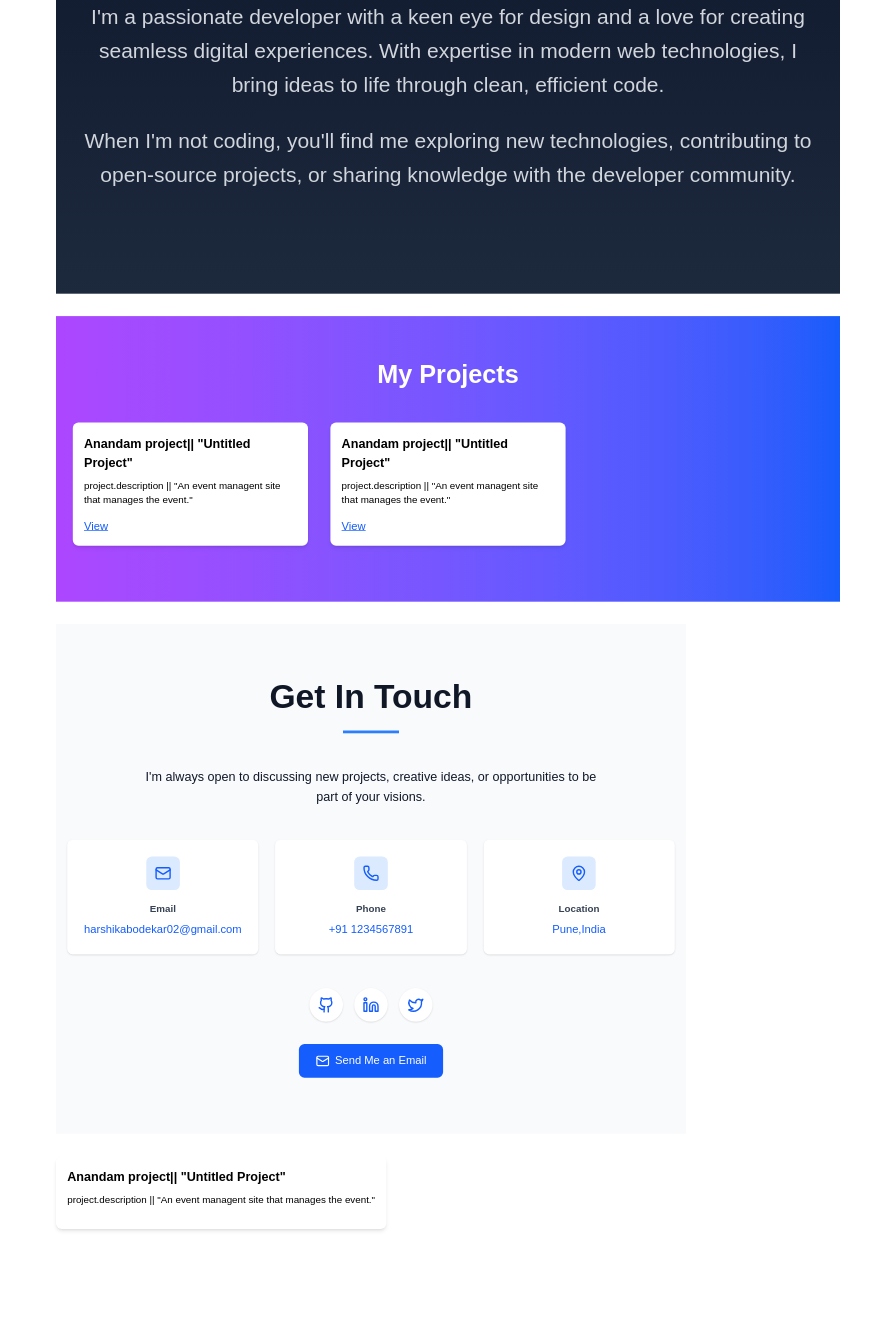
Repository: harshikabodekar/portfolio_awp
Page: /src/components
An editor plug-in stored every save of this project. The page is shown before and after a run of saves, followed by the edit.
The browser window is 1280 px wide. The pictures show the part of the page from y = 1281 to 3201 px (the page is 3201 px tall before and 3077 px after), at 70% of full size.
The project was rebuilt for these pictures with package versions that can differ from the ones it lists, and the page was loaded fresh each time. The framework's server and built-in components were replaced by stand-ins that run in the browser. Also part of the build but not shown: next.config.mjs.

Above is the page before, as saved 2025-10-15 20:28:08.

After the next 3 saves:
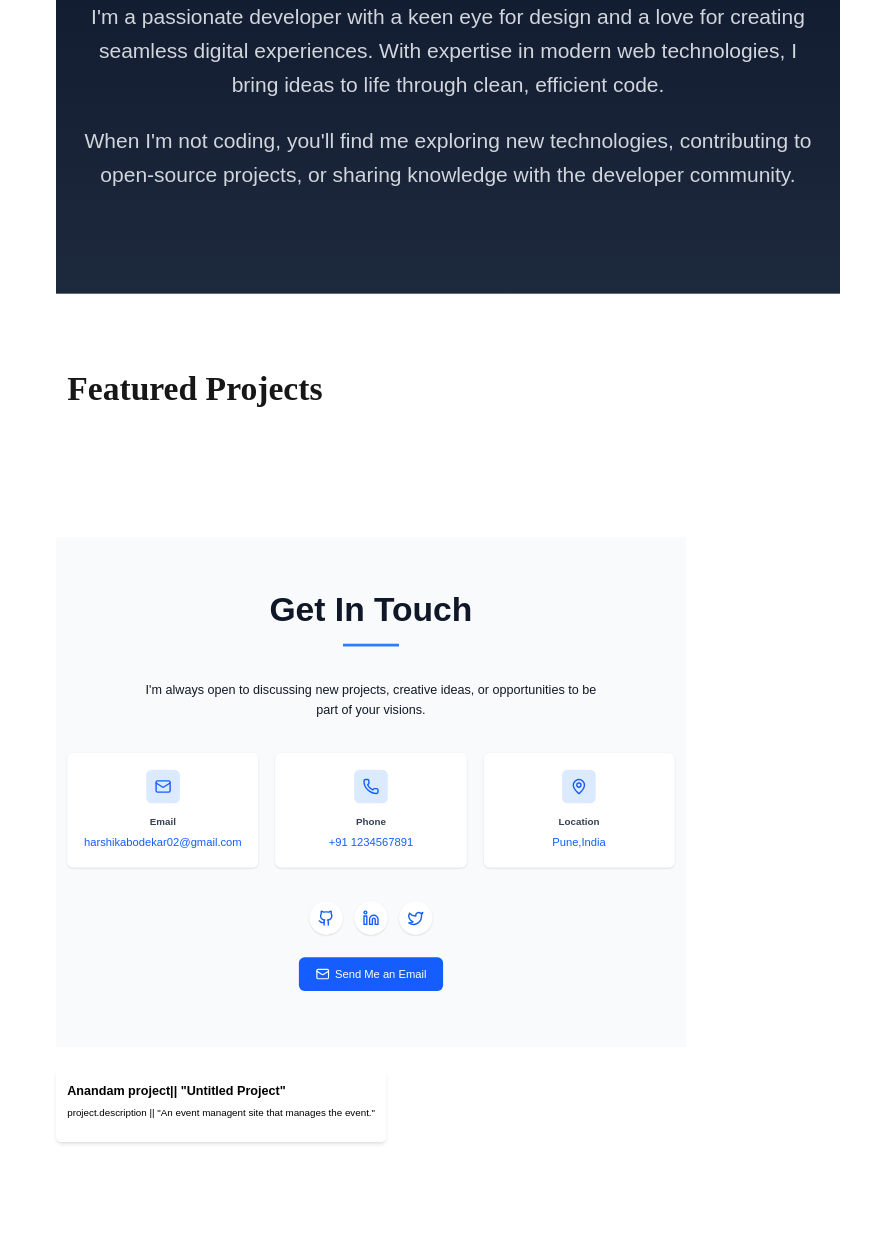
The 3 saves are shown as one change because 2 did not build or start.
The last was saved 3 min 5 s later.
--- a/src/app/components/Project.js
+++ b/src/app/components/Project.js
@@ -3,15 +3,47 @@ import ProjectCard from './ProjectCard';
 import { projectsData } from '../data/projects';
 
 const Projects = () => {
-  return (
-    <section id="projects" className="py-20 px-6 bg-gradient-to-r from-purple-500 to-blue-600 text-white pt-16">
-      <div className="container mx-auto max-w-6xl">
-        <h2 className="text-4xl font-bold text-center text-white mb-12">My Projects</h2>
+  const projects = [
+    {
+      title: "E-Commerce Platform",
+      description: "A full-stack e-commerce solution with payment integration, admin dashboard, and real-time inventory management.",
+      tech: ["React", "Node.js", "MongoDB", "Stripe"],
+      github: "https://github.com",
+      demo: "https://demo.com"
+    },
+    {
+      title: "Task Management App",
+      description: "Collaborative task manager with real-time updates, team workspaces, and advanced filtering capabilities.",
+      tech: ["Next.js", "TypeScript", "PostgreSQL", "Prisma"],
+      github: "https://github.com",
+      demo: "https://demo.com"
+    },
+    {
+      title: "Weather Dashboard",
+      description: "Real-time weather dashboard with forecasts, interactive maps, and location-based recommendations.",
+      tech: ["Vue.js", "Python", "FastAPI", "OpenWeather API"],
+      github: "https://github.com",
+      demo: "https://demo.com"
+    },
+    {
+      title: "AI Chat Application",
+      description: "Intelligent chatbot with natural language processing, context awareness, and custom training capabilities.",
+      tech: ["React", "Python", "TensorFlow", "WebSockets"],
+      github: "https://github.com",
+      demo: "https://demo.com"
+    }
+  ];
 
-        <div className="grid md:grid-cols-2 lg:grid-cols-3 gap-8">
-          {projectsData.map((project) => (
-            <ProjectCard key={project.id} project={project} />
-          ))}
+return (
+    <section id="projects" className="py-20 bg-gradient-subtle">
+      <div className="container mx-auto px-4">
+        <div className="max-w-6xl mx-auto">
+          <h2 className="text-4xl md:text-5xl font-bold mb-6 text-center font-['Space_Grotesk']">
+            Featured Projects
+          </h2>
+          <div className="w-20 h-1 bg-gradient-accent mx-auto mb-12"></div>
+
+
         </div>
       </div>
     </section>
